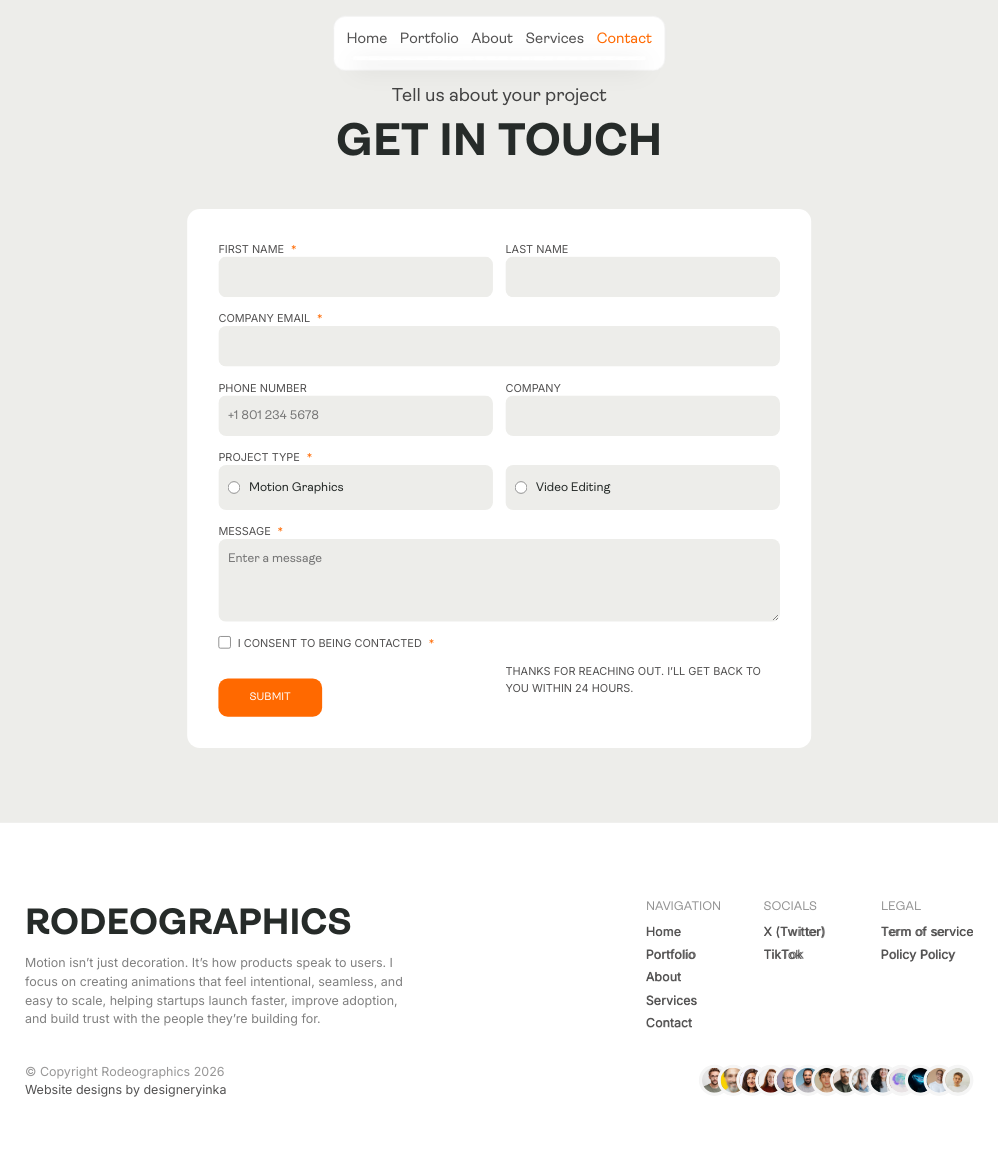
Repository: Ajeyinka/RodeoGraphics
Page: contact.html
An editor plug-in stored every save of this project. The page is shown before and after the next save, followed by the edit.
The browser window is 1280 px wide. The pictures show the whole page, at 78% of full size.

Above is the page before, as saved 2026-02-22 07:34:05.
Console error: ReferenceError: gsap is not defined

### contact.html
<!DOCTYPE html>
<html lang="en">
  <head>
    <meta charset="UTF-8" />
    <meta name="viewport" content="width=device-width, initial-scale=1.0" />
    <title>Contact | Motion Design for Startups</title>

    <meta
      name="description"
      content="Get in touch to discuss motion design for your product, startup, or upcoming launch."
    />
    <meta property="og:title" content="Contact | Motion Design for Startups" />
    <meta
      property="og:description"
      content="Get in touch to discuss motion design for your product, startup, or upcoming launch."
    />
    <meta property="og:image" content="" />
    <meta property="og:type" content="website" />
    <meta property="og:url" content="" />
    <script src="script.js" defer></script>
    <link rel="stylesheet" href="style.css" />
    <link
      rel="shortcut icon"
      href="images/favicon.ico.png"
      sizes="32x32"
      type="image/png"
    />
  </head>
  <body>
    <nav class="section_nav">
      <div class="container_large">
        <div class="container_nav">
          <div class="two-col-flex">
            <div class="nav_brand">
              <a href="index.html" class="nav_brand-link">
                <span>Rodeographics</span>
              </a>
            </div>
            <a href="#" class="toggle_button" id="toggle_button">
              <span class="bar one"></span>
              <span class="bar two"></span>
            </a>
          </div>
          <!-- Brand / Logo -->

          <!-- Navigation Menu -->
          <div class="nav_menu">
            <ul class="nav_list">
              <li class="nav_item">
                <a href="index.html" class="nav_link">Home</a>
              </li>
              <li class="nav_item">
                <a href="portfolio.html" class="nav_link">Portfolio</a>
              </li>

              <li class="nav_item">
                <a href="about.html" class="nav_link">About</a>
              </li>

              <li class="nav_item">
                <a href="services.html" class="nav_link">Services</a>
              </li>

              <li class="nav_item">
                <a href="contact.html" class="nav_link">Contact</a>
              </li>
            </ul>
          </div>
        </div>
      </div>
    </nav>

    <main>
      <section class="section_contact">
        <div class="container_large">
          <div class="padding_global">
            <div class="form_component">
              <div class="title-top">
                <p class="tag">Tell us about your project</p>
                <h1>GET IN TOUCH</h1>
              </div>
            </div>
            <div class="form-block">
              <form
                novalidate
                action="https://formspree.io/f/xzdapnao"
                method="POST"
              >
                <div class="form-group">
                  <label for="fname">First Name</label>
                  <input
                    type="text"
                    name="first_name"
                    class="input"
                    id="fName"
                    required
                  />
                  <span class="error-message" aria-live="polite"></span>
                </div>
                <div class="form-group">
                  <label for="lname">Last Name</label>
                  <input
                    type="text"
                    name="last_name"
                    class="input"
                    id="lName"
                  />
                  <span class="error-message" aria-live="polite"></span>
                </div>
                <div class="form-group span-all">
                  <label for="email">Company Email</label>
                  <input
                    type="email"
                    name="company_email"
                    class="input"
                    data-error="Please enter a Valid email address"
                    id="email"
                    required
                  />
                  <span class="error-message" aria-live="polite"></span>
                </div>
                <div class="form-group">
                  <label for="tel"> Phone Number</label>
                  <input
                    type="tel"
                    class="input phone-input"
                    placeholder="+1 801 234 5678"
                    inputmode="tel"
                    autocomplete="tel"
                    id="tel"
                  />
                  <span class="error-message" aria-live="polite"></span>
                </div>

                <div class="form-group">
                  <label for="company">Company</label>

                  <input
                    type="text"
                    name="company"
                    class="input"
                    id="company"
                  />
                  <span class="error-message" aria-live="polite"></span>
                </div>

                <fieldset class="span-all">
                  <legend>Project Type</legend>

                  <div class="form-group">
                    <input
                      type="radio"
                      id="motion"
                      name="project"
                      value="Motion Graphics"
                      required
                    />
                    <label for="motion">Motion Graphics</label>
                  </div>

                  <div class="form-group">
                    <input
                      type="radio"
                      id="video"
                      name="project"
                      value="Video Editing"
                      required
                    />
                    <label for="video">Video Editing</label>
                  </div>
                  <span class="error-message" aria-live="polite"></span>
                </fieldset>

                <div class="form-group span-all">
                  <label for="message">Message</label>
                  <textarea
                    name="textarea"
                    id="message"
                    class="input"
                    placeholder="Enter a message"
                    required
                  ></textarea>
                  <span class="error-message" aria-live="polite"></span>
                </div>
                <div class="form-group span-all">
                  <input type="checkbox" name="consent" id="consent" required />
                  <label for="consent">I consent to being contacted</label>
                  <span class="error-message" aria-live="polite"></span>
                </div>

                <div class="input-submit">
                  <button type="submit" class="button-submit button">
                    <span class="text text-primary">Submit</span>
                  </button>
                </div>

                <div class="form-success">
                  Thanks for reaching out. I’ll get back to you within 24 hours.
                </div>
              </form>
            </div>
          </div>
        </div>
      </section>
    </main>
    <footer>
      <div class="container_large">
        <div class="padding_global">
          <div class="footer-grid">
            <div class="footer-left">
              <h2>Rodeographics</h2>
              <p>
                Motion isn’t just decoration. It’s how products speak to users.
                I focus on creating animations that feel intentional, seamless,
                and easy to scale, helping startups launch faster, improve
                adoption, and build trust with the people they’re building for.
              </p>
            </div>
            <div class="footer-right">
              <div class="footer_link-wrapper">
                <div class="footer_links">
                  <h4>Navigation</h4>
                  <a href="index.html" class="footer_link">Home</a>
                  <a href="portfolio.html" class="footer_link">Portfolio</a>
                  <a href="about.html" class="footer_link">About</a>
                  <a href="services.html" class="footer_link">Services</a>
                  <a href="contact.html" class="footer_link">Contact</a>
                </div>
                <div class="footer_links">
                  <h4>Socials</h4>
                  <a href="https://x.com/designerola01" class="footer_link"
                    >X (Twitter)</a
                  >

                  <a
                    href="https://www.tiktok.com/@rodeodesigns?_r=1&_t=ZS-93MZgyCcf5N"
                    class="footer_link"
                    >TikTok</a
                  >
                </div>
                <div class="footer_links">
                  <h4>Legal</h4>
                  <a href="services.html" class="footer_link"
                    >Term of service</a
                  >

                  <a href="privacy.html" class="footer_link">Policy Policy</a>
                </div>
              </div>
            </div>
          </div>
          <div class="footer-bottom">
            <div>
              <p class="Copyright">© Copyright Rodeographics 2026</p>
              <a href="https://designeryinka.com/" target="_blank"
                >Website designs by designeryinka</a
              >
            </div>

            <div class="footer_proof">
              <img src="images/1.png" alt="" />
              <img src="images/2.png" alt="" />
              <img src="images/3.png" alt="" />
              <img src="images/4.png" alt="" />
              <img src="images/5.png" alt="" />
              <img src="images/6.png" alt="" />
              <img src="images/adewale.png" alt="" />
              <img src="images/adewale1.png" alt="" />
              <img src="images/adewale2.png" alt="" />
              <img src="images/adewale4.png" alt="" />
              <img src="images/adewalw5.png" alt="" />
              <img src="images/adewale6.png" alt="" />
              <img src="images/adewale7.png" alt="" />
              <img src="images/adewalw8.png" alt="" />
            </div>
          </div>
        </div>
      </div>
    </footer>
  </body>
  <script>
    (function () {
      "use strict";
      const form = document.querySelector("form");

      function validateField(field) {
        const errorEl =
          field.type === "radio"
            ? field.closest("fieldset").querySelector(".error-message")
            : field.parentElement.querySelector(".error-message");

        if (!field.validity.valid) {
          errorEl.textContent = field.dataset.error || "This field is required";
          return false;
        }

        errorEl.textContent = "";
        return true;
      }

      form.querySelectorAll("input, textarea").forEach((input) => {
        input.addEventListener("blur", () => {
          validateField(input);
        });
      });

      form.addEventListener("submit", function (e) {
        e.preventDefault();

        let isValid = true;

        const fields = form.querySelectorAll("input, textarea");

        fields.forEach((field) => {
          console.log(`Checking ${field.name}`);
          const fieldValid = validateField(field);

          if (!fieldValid) {
            isValid = false;
          }
        });

        if (isValid) {
          // send form data
          form.submit();
          form.reset();
        } else {
          form.querySelector(":invalid").focus();
        }
      });
    })();
  </script>
</html>

Loaded but not shown: script.js (338 lines, source omitted); style.css (1906 lines, source omitted)

After the next save:
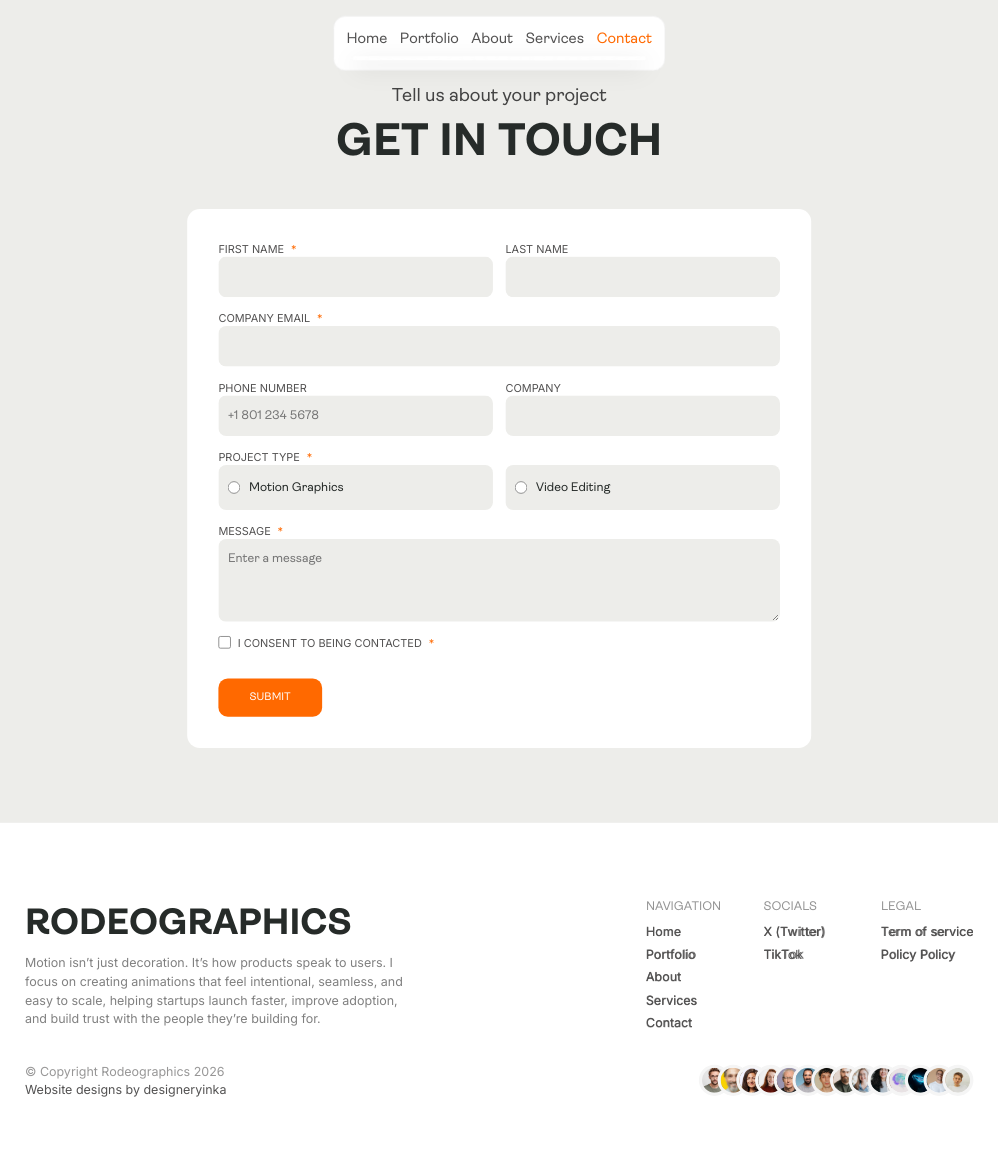
Saved 105 s later.
--- a/contact.html
+++ b/contact.html
@@ -194,9 +194,9 @@
                   </button>
                 </div>
 
-                <div class="form-success">
+                <!--  <div class="form-success">
                   Thanks for reaching out. I’ll get back to you within 24 hours.
-                </div>
+                </div> -->
               </form>
             </div>
           </div>
